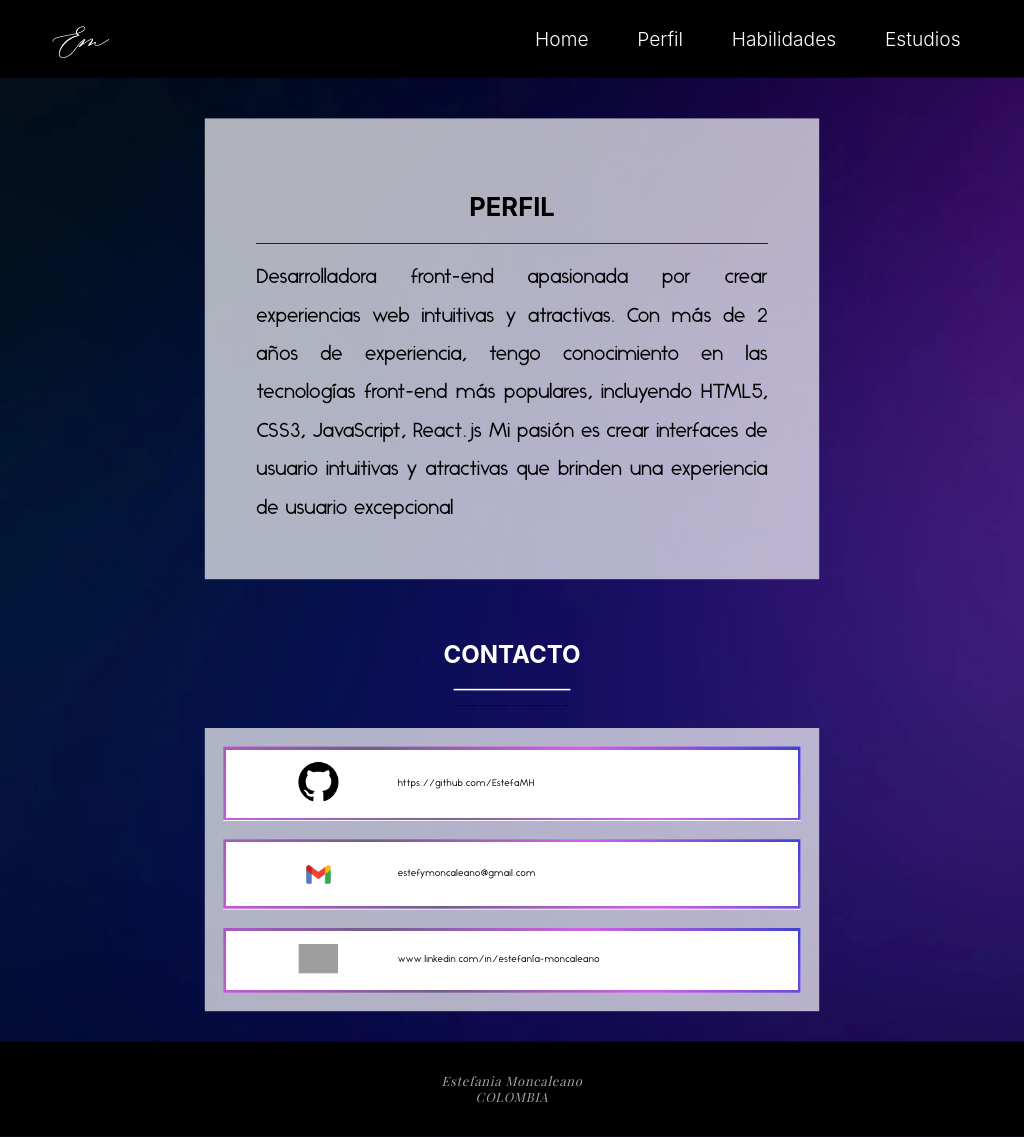
Repository: EstefaMH/PORTAFOLIO
Page: /aboutme
The author's editor kept a copy of each file at every save. The page is drawn from the files as they stood at one save, then again after a run of saves.
The browser window is 1280 px wide. The pictures show the whole page, at 80% of full size.
Pictures or frames that could not be fetched are drawn as grey boxes. Some web fonts or font styles are not loaded; a fallback is used. The project was rebuilt for these pictures with package versions that can differ from the ones it lists, and the page was loaded fresh each time. Also part of the build but not shown: src/pages/home/Home.js, src/pages/error/Error404.css, src/pages/error/Error404.js, src/pages/jobs/Jobs.js, src/models/Languages.js, src/components/project/project.js, src/pages/skills/Skills.css, src/pages/skills/Skills.js and 2 more.

Above is the page before, as saved 2024-05-23 22:46:57.

### src/index.js
import React from 'react';
import ReactDOM from 'react-dom/client';
import './index.css';
import Home from './pages/home/Home';
import Routes from './routes';



const root = ReactDOM.createRoot(document.getElementById('root'));
root.render(
  <React.StrictMode>
    <Routes />
  </React.StrictMode>
);

// If you want to start measuring performance in your app, pass a function
// to log results (for example: reportWebVitals(console.log))
// or send to an analytics endpoint. Learn more: https://bit.ly/CRA-vitals

### src/routes.js
import React from "react";
import { BrowserRouter, Route, Routes } from "react-router-dom";
import About from "./pages/aboutme/Aboutme";
import Error404 from "./pages/error/Error404";
import Home from "./pages/home/Home";
import Jobs from "./pages/jobs/Jobs";
import Skills from "./pages/skills/Skills";
import Studies from "./pages/studies/Studies";


function routes(){
    return(
        <BrowserRouter>
            <Routes>
                <Route path="/" element={<Home />}></Route>
                <Route path="/aboutme" element={<About />}></Route>
                <Route path="/jobs" element={<Jobs />}></Route>
                <Route path="/skills" element={<Skills />}></Route>
                <Route path="/studies" element={<Studies/>}></Route>
                <Route path="*" element={<Error404/>}></Route>
            </Routes>
        </BrowserRouter>

    );

}

export default routes;

### src/pages/home/Home.css
@import url('https://fonts.googleapis.com/css2?family=Dancing+Script&display=swap');
/*font-family: 'Dancing Script', cursive;*/
@import url('https://fonts.googleapis.com/css2?family=Playfair+Display:ital,wght@0,400;0,500;1,400;1,500&display=swap');
/*font-family: 'Playfair Display', serif;*/

@font-face {
    font-family: "Voga";
    src: url('../../utils/fonts/CDType_Voga-font-demo_031216/CDType\ -\ Voga\ Medium.otf') ;
    font-display: swap;
}

.main-container{
    background-image: url(../../utils/img/purple-blue-wallpaper.webp);
    background-repeat: no-repeat;
    background-size: cover;
    display: flex;
    flex-direction: column;
}


.container-home{
    display: flex;
    flex-direction: column;
    align-items: center;
    justify-content: space-around;
}

.info-home{
    width: 100%;
    justify-content: center;
    align-items: center;
    color: white;
    letter-spacing: 1.5px;
    display: flex;
    flex-direction: column;
    overflow: hidden;
    word-wrap: break-word;
    font-weight: 100;
}



.info-home1{
    font-family: 'Playfair Display ';
    font-size: 1.2em;
    font-style: italic;
    margin: 0 0 1% 0;
    color: rgba(177, 177, 177, 0.834) ;
}

.info-home2{
    font-family: 'Voga';
    font-size: 2em;
    margin: 0 0 5% 0 ;
}

.photo-home{
    height: max-content;
    width: 50%;
}

.photo-home img{
    width: 100%;
    clip-path: circle();
}


.btn {
	line-height: 50px;
	height: 50px;
	text-align: center;
	width: 150px;
	cursor: pointer;
    border: none;
    background-color: rgba(255, 255, 255, 0.267);
    margin-top: 3%;

}

.btn-one {
	color: #FFF;
	transition: all 0.3s;
	position: relative;
}
.btn-one span {
	transition: all 0.3s;
    letter-spacing: 2px;
}

.btn-one:hover{
    background-color: transparent;
}
.btn-one::before {
	content: '';
	position: absolute;
	bottom: 0;
	left: 0;
	width: 100%;
	height: 100%;
	z-index: 1;
	opacity: 0;
	transition: all 0.3s;
	border-top-width: 2px;
	border-bottom-width: 2px;
	border-top-style: solid;
	border-bottom-style: solid;
    background: transparent;
	border-top-color: rgba(255,255,255,0.5);
	border-bottom-color: rgba(255,255,255,0.5);
	transform: scale(0.1, 1);
}
.btn-one:hover span {
	letter-spacing: 3px;
}
.btn-one:hover::before {
	opacity: 1;
	transform: scale(1, 1);

}
.btn-one::after {
	content: '';
	position: absolute;
	bottom: 0;
	left: 0;
	width: 100%;
	height: 100%;
	z-index: 1;
	transition: all 0.3s;
	/*background-color: rgba(255,255,255,0.1);*/
    background: transparent;
}
.btn-one:hover::after {
	opacity: 0;
	transform: scale(0.1, 1);
    background: transparent;
}

@media screen and (min-width : 700px){

    .container-home{
        flex-direction: row;
        align-items: center;
        justify-content: space-evenly;
        margin: 2% 0 2% 0;
    }

    .info-home{
        width: 60%;
        align-items: flex-start;
        padding-left: 4% ;
    }

    .info-home1{
        font-size: 1.5em;
    }

    .info-home2{
        font-family: 'Voga';
        font-style: normal;
        font-size: 4em;
    }


    .photo-home{
        width: 40%;
        display: flex;
        justify-content: center;
    }

    .photo-home img{
       width: 80%;
    }

    .btn {
        line-height: 50px;
        height: 50px;
        text-align: center;
        width: 250px;
        cursor: pointer;
        border: none;
        background-color: rgba(104, 104, 104, 0.837);
        margin-top: 3%;

    }




}

### src/components/navbar/Navbar.js
import { Link } from "react-router-dom";
import "./Navbar.css";
import menu from "../../utils/img/bx-menu.svg";

function Navbar() {
  return (
    <nav className="navbar container-name">
      <div>
        <Link to="/" className="logo">
          <h1 className="name">Em</h1>
        </Link>
      </div>

      <input type="checkbox" id="toggler"></input>
      <label for="toggler">
        <img alt="hamburguer-menu" src={menu} />
      </label>

      <div className=" menu container-navbar">
        <ul className="list">
          <li>
            <Link to="/" className="item">
              Home
            </Link>
          </li>
          <li>
            <Link to="/aboutme" className="item">
              Perfil
            </Link>
          </li>
          <li>
            <Link to="/skills" className="item">
              Habilidades
            </Link>
          </li>
          <li>
            <Link to="/studies" className="item">
              Estudios
            </Link>
          </li>
        </ul>
      </div>
    </nav>
  );
}

export default Navbar;

### src/components/footer/Footer.js
import './Footer.css'


function Footer(){
    return(
        <footer>
            <p> Estefania Moncaleano </p>
            <p> COLOMBIA </p>
        </footer>
    );
}

export default Footer;

### src/pages/aboutme/Aboutme.js
import './Aboutme.css'
import Navbar from "../../components/navbar/Navbar";
import Footer from '../../components/footer/Footer';

import github from "../../utils/img/github-icon.png";
import gmail from "../../utils/img/gmail-logo.png";
import linkedin from "../../utils/img/ln-icon.png"


function About() {
    return (
        <div className='main-container-about'>
            <Navbar />
            <section className="container-about">

                <div className='info-about'>

                    <h1 >PERFIL</h1>
                    <p className='line'></p>
                    <p>
                        Desarrolladora front-end apasionada por crear experiencias web intuitivas y atractivas.
                        Con más de 2 años de experiencia, tengo conocimiento en las tecnologías front-end más populares, incluyendo HTML5, CSS3, JavaScript, React.js
                         Mi pasión es crear interfaces de usuario intuitivas y atractivas que brinden una experiencia de usuario excepcional
                    </p>
                </div>
            </section>

            <section className='container-contact'>
                <h2>CONTACTO</h2>
                <p className='lc'>______________</p>


                <article className='container-contact-icons'>


                    <div className='contact-icons'>
                        <a target={'_blank'} href='https://github.com/EstefaMH'>
                            <img className='contact-icon' src={github} />
                        </a>
                        <p>https://github.com/EstefaMH</p>
                    </div>

                    <div className='contact-icons'>
                        <img className='contact-icon' src={gmail} />
                        <p>estefymoncaleano@gmail.com</p>
                    </div>

                    <div className='contact-icons'>
                        <a target={'_blank'} href='www.linkedin.com/in/estefanía-moncaleano-828570238'>
                            <img className='contact-icon' src={linkedin} />
                        </a>
                        <p>www.linkedin.com/in/estefanía-moncaleano</p>
                    </div>
                </article>
            </section>




            <Footer />

        </div>
    );
}

export default About;

### src/components/navbar/Navbar.css
@font-face {
    font-family: "lettering";
    src: url('../../utils/fonts/Biancha-X3VOa.otf') ;
    font-display: swap;
}

.navbar {
    display: flex;
    justify-content: space-around;
}

.list {
    list-style: none;
    display: flex;
    gap: 20px;
}
#toggler , nav, label {
    display: none;
}


nav:hover{
    background-color: black;
    font-weight: 500;
}

.container-name{
    justify-content: space-between;
    display: flex;
    flex-direction: row;
    align-items: center;
    padding: 3%;
}

.name{
    font-family: 'lettering';
    font-size: 3rem;
    color: white;
    font-weight: 200;
}

.item{
    text-decoration: none;
    color:white;
    font-weight: 300;
}

.item:hover{
    color: pink;
    font-weight: 600;
}

.container-navbar{
    width: 60%;
    display: flex;
    align-items: center;
    justify-content: end;
}

.logo{
    float: left;
    text-decoration: none;
    margin-left: 40%;
}

@media screen and (max-width: 700px) {
    .menu {
        width: 100%;
        max-height: 0;
        overflow: hidden;
    }

    .list {
        flex-direction: column;
        align-items: center;
    }

    .navbar label {
        display: inline-flex;
        align-items: center;
        cursor: pointer;
    }

    #toggler:checked ~ .menu {
        max-height: 100%;
    }

    .container-navbar{
        flex-direction: column;
    }

    .navbar {

        flex-wrap: wrap;
    }
}

@media screen and (min-width: 700px) {
    .navbar {
       height: 20px;
       background-color: rgba(137, 137, 137, 0.15);
       display: flex;
    }

    .list{
        flex-basis: 85%;
        display: flex;
        justify-content: space-evenly;
    }

    .list li{
        font-size: 1.5rem;
    }
}

### src/components/footer/Footer.css
@import url('https://fonts.googleapis.com/css2?family=Playfair+Display:ital,wght@0,400;0,500;1,400;1,500&display=swap');
/*font-family: 'Playfair Display', serif;*/

footer{
    background-color: black ;
    color: rgba(220, 218, 218, 0.757);
    padding: 3%;
    text-align: center;
}

p{
    margin: 0;
    font-family: 'Playfair Display';
    font-style: italic;
    font-weight:100 ;
    letter-spacing: 1.0px;
}

### src/pages/aboutme/Aboutme.css
@font-face {
    font-family: "alcubierre";
    src: url('../../utils/fonts/Alcubierre\ 400.otf') ;
}


h1{
    font-size: 2rem;
}

.main-container-about{
    background-image: url(../../utils/img/purple-blue-wallpaper.webp);

}


.container-about{
        background-repeat: no-repeat;
        display: flex;
        justify-content: center;

}

.info-about{
    margin: 4%;
    background-color: rgba(245, 245, 249, 0.712);
    height: 100%;
    width: 50%;
    padding: 5%;
    text-align: center;
}

.info-about p{
    text-align: justify;
    line-height: 2;
    font-family: "alcubierre";
    font-style: normal;
    font-size: 1em;
    font-weight: 500;

}

h2{
    color: white;
    font-size: 30px;
}

.lc{
    border-top: 2px solid white;
    margin-bottom: 2%;
}

.container-contact{

    display: flex;
    align-items: center;
    flex-direction: column;

}

.container-contact-icons{
    background-color:  rgba(245, 245, 249, 0.712);
    flex-direction: column;
    width: 100%;
}


.contact-icon{
    width: 50px;
}

.contact-icons{
    display: flex;
    flex-direction: column;
    align-items: center;
    margin: 3%;
    padding: 2%;
    background-color: white;
    border: 4px solid;
    border-image: linear-gradient(45deg,#ad22c9bf,#473068c5,rgba(187, 31, 218, 0.7),rgba(20, 20, 194, 0.805)) 1;
    animation: rotate 2.5s ease-in infinite;
}


@keyframes rotate {
    50%{
        border-image: linear-gradient(45deg,#ad22c9bf,#473068c5,rgba(187, 31, 218, 0.7),rgba(20, 20, 194, 0.805)) 1;

    }
}

.contact-icons:hover{
    transform: scale(1.1 , 1.1);

}

.contact-icons p {
    font-size: 0.7rem;
}

.line{
    border-top: 1.5px solid black;
    margin-bottom: 3%;
    color: transparent;
}


@media screen and (min-width:700px) {
    .info-about p{
        font-size: 1.5em;
        font-weight: 600;
    }

    .container-contact-icons{
        width: 60%;
        margin-bottom: 3%;
    }

    .contact-icons{
        flex-direction: row;
        justify-content: space-evenly;
    }


    .contact-icons p{
        width: 60%;
        font-family: 'alcubierre';
        font-style: normal;
        font-weight: 600;
    }

}

Loaded but not shown: public/index.html (common file); src/index.css (common file); src/pages/jobs/Jobs.css (no stored copy; drawn as an empty file)

After the next 6 saves:
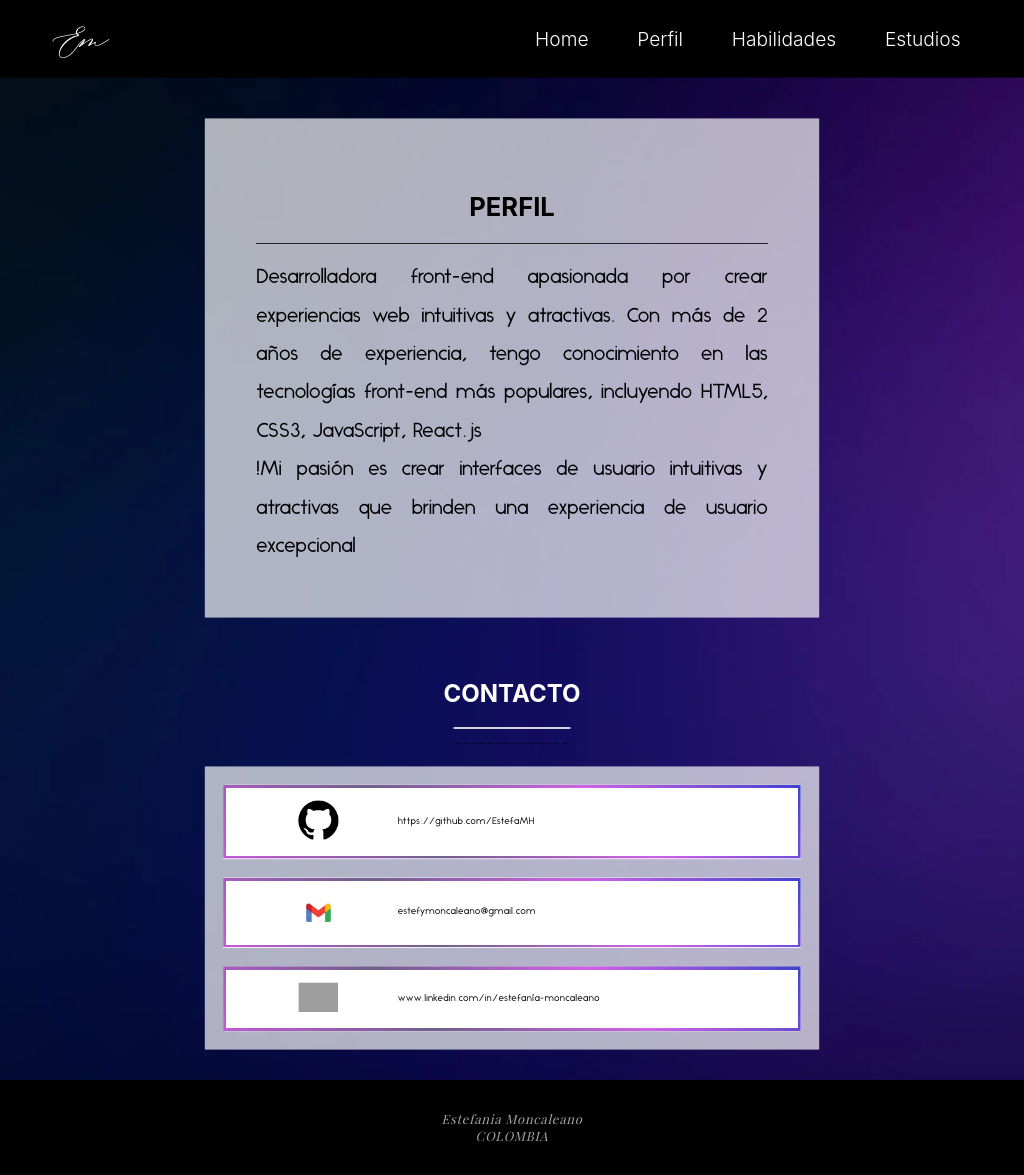
The 6 saves are shown as one change because 1 did not build or start and some came seconds apart.
The last was saved 16 s later.
--- a/src/pages/aboutme/Aboutme.js
+++ b/src/pages/aboutme/Aboutme.js
@@ -20,7 +20,7 @@ function About() {
                     <p>
                         Desarrolladora front-end apasionada por crear experiencias web intuitivas y atractivas.
                         Con más de 2 años de experiencia, tengo conocimiento en las tecnologías front-end más populares, incluyendo HTML5, CSS3, JavaScript, React.js
-                         Mi pasión es crear interfaces de usuario intuitivas y atractivas que brinden una experiencia de usuario excepcional
+                         <br/>!Mi pasión es crear interfaces de usuario intuitivas y atractivas que brinden una experiencia de usuario excepcional
                     </p>
                 </div>
             </section>
